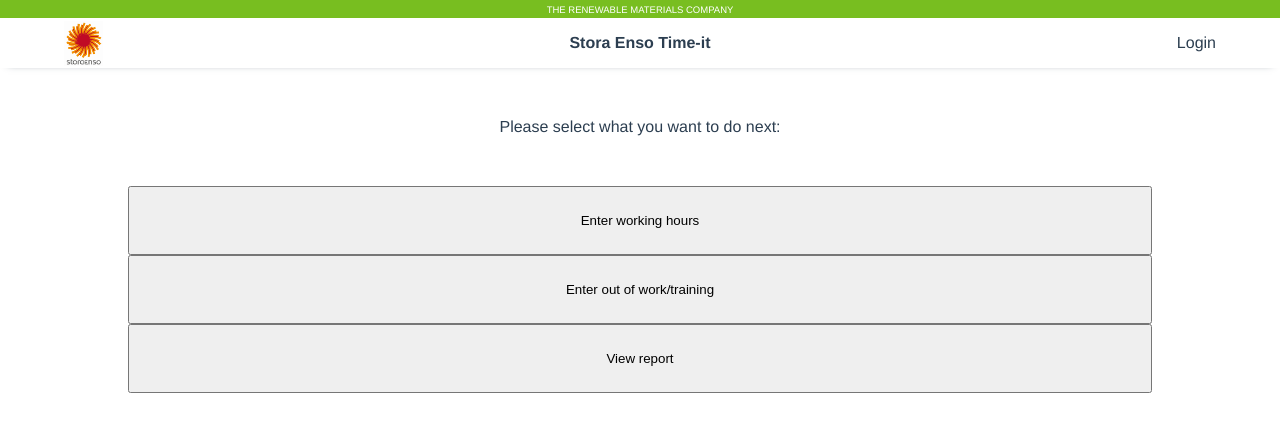
Repository: marianreha/vue-timeit
Page: /
These files come from the project's save history. The page is drawn as it stood at one moment and after the next save; the edit follows.
The browser window is 1280 px wide. The pictures show the whole page.
Some web fonts or font styles are not loaded; a fallback is used. The project was rebuilt for these pictures with package versions that can differ from the ones it lists, and the page was loaded fresh each time. Also part of the build but not shown: vue.config.js.

Above is the page before, as saved 2020-03-29 19:43:48.

### src/App.vue
<template>
  <div id="app">
    <Navbar />
    <Home />
  </div>
</template>

<script>
import Navbar from './components/Navbar'
import Home from './components/Home'

export default {
  name: 'App',
  components: {
    Navbar,
    Home,
  }
}
</script>

<style>
@import url(//db.onlinewebfonts.com/c/2afedaab5a5177410b408023384af22d?family=HelveticaNeueLTW01-55Roman);

#app {
  font-family: Helvetica, Arial, sans-serif;
  -webkit-font-smoothing: antialiased;
  -moz-osx-font-smoothing: grayscale;
  text-align: center;
  color: #2c3e50;
  padding: 0px;
}

* {
    box-sizing: border-box;
    margin: 0 !important;
    cursor: default;
}
</style>

### src/components/Navbar.vue
<template>
  <div>
      <header class="green">
          The renewable materials company
      </header>
      <header class="navbar">
          <img class="logo" src="../assets/logo.jpg" alt="logo">
          <nav>
              Stora Enso Time-it
          </nav>
          <span>Login</span>
      </header>
  </div>
</template>

<script>
export default {
    name: 'Navbar',
}
</script>

<style>
.green {
    padding: 4px 0 3px 0;
    background-color: #78BE20;
    color: #FFFFFF;
    font-size: 9.5px;
    text-transform: uppercase;
}

.navbar {
    display: flex;
    height: 2rem;
    justify-content: space-between;
    align-items: center;
    padding: 25px 5%;
    box-shadow: 0 3px 8px -8px;
}

.navbar nav {
    font-weight: bold;
}

.logo {
    height: 45px;
    cursor: pointer;
}
</style>>

### src/components/Home.vue
<template>
  <div>
      <p>Please select what you want to do next:</p>
      <div class="btn-group">
        <button>Enter working hours</button>
        <button>Enter out of work/training</button>
        <button>View report</button>
      </div>
  </div>
</template>

<script>
export default {
    name: "Home"
}
</script>

<style>
p {
    padding: 50px;
}
.btn-group {
    display: flex;
    height: inherit;
    flex-direction: column;
    justify-content: center;
    align-content: space-between;
    padding: 0 10%;

}

.btn-group button {
    padding: 25px;
    margin: 10px 10px 10px 10px;
}


</style>

Loaded but not shown: public/index.html (common file); src/main.js (common file)

After the next save:
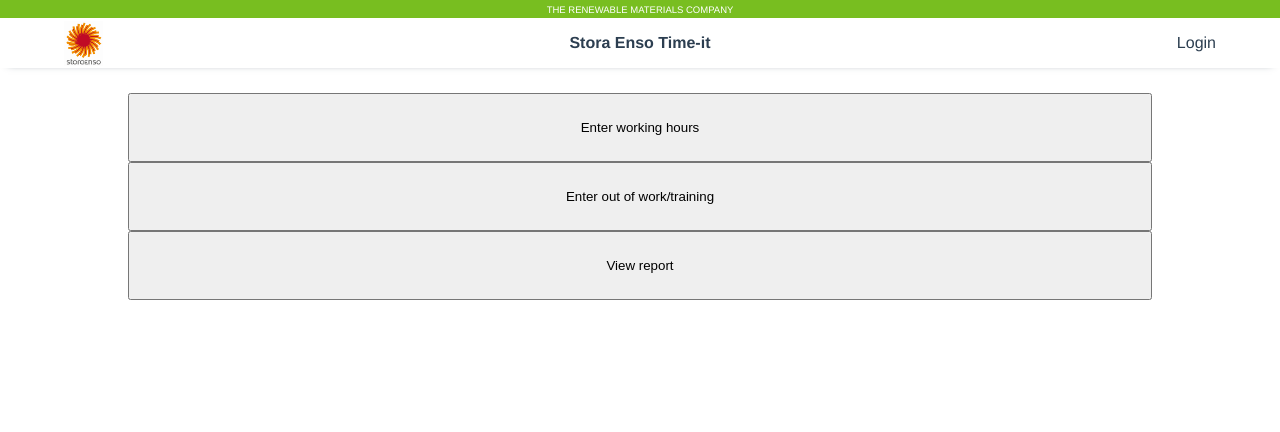
Saved 5 s later.
--- a/src/components/Home.vue
+++ b/src/components/Home.vue
@@ -21,7 +21,7 @@
 }
 .btn-group {
     display: flex;
-    height: inherit;
+    height: 20px;
     flex-direction: column;
     justify-content: center;
     align-content: space-between;

After the save that followed:
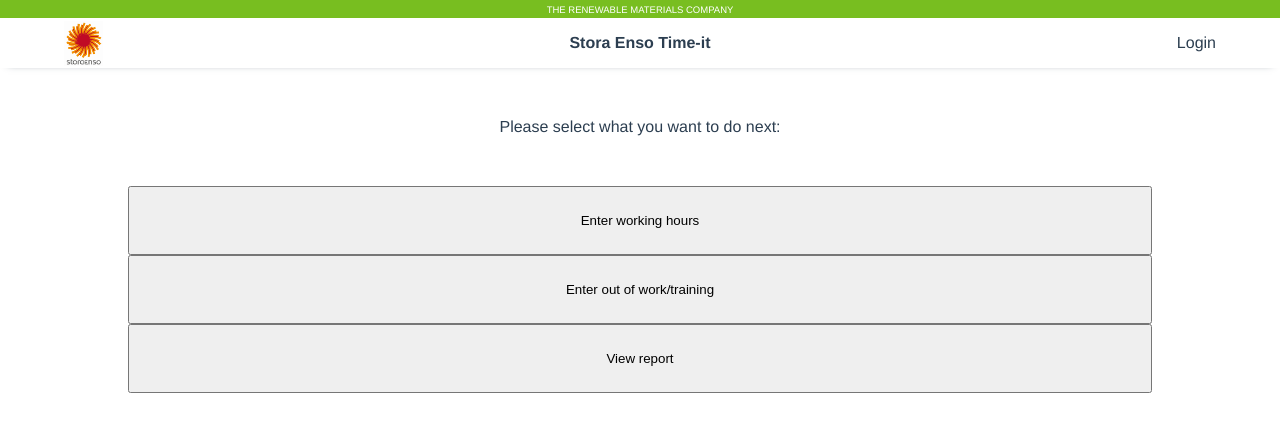
Saved 10 s later.
--- a/src/components/Home.vue
+++ b/src/components/Home.vue
@@ -21,7 +21,6 @@
 }
 .btn-group {
     display: flex;
-    height: 20px;
     flex-direction: column;
     justify-content: center;
     align-content: space-between;
